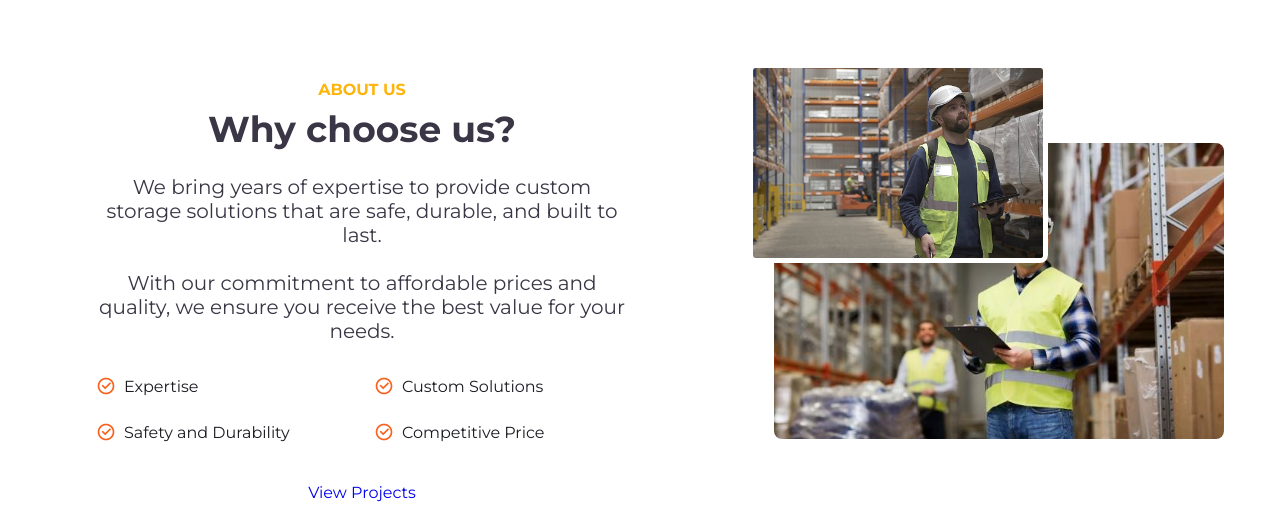
Repository: jahatesu/shelves-and-storage-equipment
Page: index.html
An editor plug-in stored every save of this project. The page is shown before and after the next save, followed by the edit.
The browser window is 1280 px wide. The pictures show the part of the page from y = 720 to 1238 px (the page is 1238 px tall).
Backgrounds fixed to the window are drawn as part of the page. Some web fonts or font styles are not loaded; a fallback is used.

Above is the page before, as saved 2025-01-08 15:44:40.
Console error: TypeError: Cannot read properties of null (reading 'querySelector')

### index.html
<!DOCTYPE html>
<html lang="en">
<head>
    <meta charset="UTF-8">
    <meta name="viewport" content="width=device-width, initial-scale=1.0">
    <!-- Remix Icons -->
    <link rel="stylesheet" href="https://cdnjs.cloudflare.com/ajax/libs/remixicon/4.2.0/remixicon.css">
    <!-- Swiper CSS -->
    <link rel="stylesheet" href="assets\js\swiper-bundle.min.js" />
    <!-- CSS -->
    <link rel="stylesheet" href="style.css">
    <script src="https://cdnjs.cloudflare.com/ajax/libs/jquery/3.7.1/jquery.min.js"></script>
    <title>Shelves and Storage</title>
    <link rel="stylesheet" href="https://fonts.googleapis.com/css?family=Material+Symbols+Rounded&opsz,wght,FILL,GRAD@48,400,0,0" />
</head>

<body>

    <!-- Navigation Bar -->
    <header>
        <div class="logo">
            <img src="assets\images\logo.png" alt="Shelves and Storage Logo">
        </div>

        <div class="navigation">
            <input type="checkbox" id="nav-checkbox">
            <label for="nav-checkbox" class="nav-toggle">
                <i class="ri-menu-fill"></i>
            </label>

            <ul class="nav-menu">
                <li><a href="#">Home</a></li>
                <li><a href="#">About Us</a></li>
                <li><a href="#">Services</a></li>
                <li><a href="#">Products</a></li>
                <li><a href="#">Contact Us</a></li>
            </ul>
        </div>
    </header>

    <!-- Hero Section -->
    <div class="hero">
        <h1 class="animate__animated animate__fadeInDown">Shelves and Storage Equipment</h1>
        <h3 class="animate__animated animate__fadeInUp">Storage and Racking Expert</h3>
    </div>

    <!-- About Section -->
<section class="about section" id="about">
    <div class="about_container container grid">
        <div class="about_data">
            <span class="section_subtitle">ABOUT US</span>
            <h2 class="section_title">Why choose us?</h2>
            <p class="about_description">
                We bring years of expertise to provide custom storage solutions that are safe, durable, and built to last.
                <br><br>With our commitment to affordable prices and quality, we ensure you receive the best value for your needs.
            </p>
            <ul class="about_list grid">
                <li class="about_list-item">
                    <i class="ri-checkbox-circle-line"></i>
                    <span>Expertise</span>
                </li>
                <li class="about_list-item">
                    <i class="ri-checkbox-circle-line"></i>
                    <span>Custom Solutions</span>
                </li>
                <li class="about_list-item">
                    <i class="ri-checkbox-circle-line"></i>
                    <span>Safety and Durability</span>
                </li>
                <li class="about_list-item">
                    <i class="ri-checkbox-circle-line"></i>
                    <span>Competitive Price</span>
                </li>
            </ul>
            <a href="#projects" class="button">View Projects</a>
        </div>
        <div class="about_images">
            <img src="assets/images/about_img1.png" alt="image" class="about_img1">
            <img src="assets/images/about_img2.png" alt="image" class="about_img2">
        </div>
    </div>
</section>

    <!-- JavaScript -->
    <script src="main.js"></script>
</body>
</html>

### style.css
/* Import fonts */
@import url('https://fonts.googleapis.com/css2?family=Montserrat:wght@100..900&family=Open+Sans:ital,wght@0,300..800;1,300..800&display=swap');
@import url('https://cdnjs.cloudflare.com/ajax/libs/animate.css/4.1.1/animate.min.css');

/* root variable css */
:root{
    --header-height: 3.5rem;

    /* colors */
    /* hue, saturation, lightness */
    --first-color: hsl(18, 95%, 55%);
    --second-color: hsl(42, 98%, 52%);
    --first-gradient: linear-gradient(90deg,
                                    hsl(18, 95%, 55%),
                                    hsl(18, 98%, 64%));
    --title-color:hsl(255, 12%, 12%);
    --text-color: hsl(255, 12%, 24%);
    --text-color-light: hsl(255, 4%, 70%);
    --body-color: hsl(0, 0%, 100%);
    --container-color: hsl(0, 0%, 100%);
    --white-color: hsl(0, 0%, 100%);
    --black-color: hsl(255, 20%, 10%);
    --gray-border:hsl(255, 6%, 90%);
    --black-border: hsl(255, 10%, 20%);

    /* fonts and typography */
    /* .5 rem = 8px | 1rem = 16px */

    --body-font:"Montserrat", sans-serif;
    --big-font-size: 2.25rem;
    --h1-font-size: 1.5rem;
    --h2-font-size: 1.25rem;
    --h3-font-size: 1rem;
    --normal-font-size: .938rem;
    --small-font-size: .813rem;

    /* font weight */
    --font-regular: 400;
    --font-medium: 500;
    --font-semibold: 600;
    --font-bold: 700;

    /* z index */
    --z--tooltip: 10;
    --z-fixed: 100;
}

/* responsive typography */
@media screen and (min-width: 1150px) {
    :root{
        --big-font-size: 3.5rem;
        --h1-font-size: 2.25rem;
        --h2-font-size: 1.5rem;
        --h3-font-size: 1.25rem;
        --normal-font-size: 1rem; /* Fixed size for normal font */
        --small-font-size: .875rem; /* Increased small font size */
    }
}

/* Global styles */
* {
  margin: 0;
  padding: 0;
  box-sizing: border-box;
}

body {
    font-family: var(--body-font);
    font-size: var(--normal-font-size);
    background-color: var(--body-color);
    color: var(--text-color);
}

html{
    scroll-behavior: smooth;
}

body, ul, a{
    margin: 0;
    padding: 0;
    font-family: 'Montserrat', sans-serif;
}

/* h1, h2, h3, h4 {
    color: var(--title-color);
    font-weight: var(--font-semi-bold);
    margin: 10px 0;
    line-height: 1.2;
} */

/* Typography scaling for responsiveness */
h1 {
    font-size: 2.5rem; /* Scales with viewport width */
}
h2 {
    font-size: 2rem;
}
h3 {
    font-size: 1.75rem;
}
p {
    font-size: 1rem;
}

/* Media queries for responsiveness */
@media (min-width: 768px) {
    h1 {
        font-size: 3rem;
    }
    h2 {
        font-size: 2.5rem;
    }
    h3 {
        font-size: 2rem;
    }
    p {
        font-size: 1.125rem;
    }
}

@media (min-width: 1024px) {
    h1 {
        font-size: 3.5rem;
    }
    h2 {
        font-size: 3rem;
    }
    h3 {
        font-size: 2.5rem;
    }
    p {
        font-size: 1.25rem;
    }
}

/* General layout for larger screens */
@media (min-width: 1440px) {
    .container {
        padding: 30px;
    }
    h1 {
        font-size: 4rem;
    }
    h2 {
        font-size: 2rem;
    }
    h3 {
        font-size: 3rem;
    }
    p {
        font-size: 1rem;
    }

}

ul{
    list-style: none;
}

a{
    text-decoration: none;
}

img{
    display: block;
    max-width: 100%;
    height: auto;
    object-fit: contain;
}

/* Hide checkbox and toggle button initially */
#nav-checkbox,
.nav-toggle {
  display: none;
}

/* Hero section styles */
.hero {
  background: linear-gradient(rgba(0, 0, 0, 0.8), rgba(0, 0, 0, 0.6)),
    url("heroBG.jpg") no-repeat fixed bottom / cover;
  min-height: 100vh;
  display: flex;
  flex-direction: column;
  justify-content: center;
  align-items: center;
  text-align: center;
  /* width: 100%; */
}

.hero h1 {
  color: hsl(233, 39%, 23%);
  font-size: 60px;
  line-height: 1;
  text-shadow:
    0.5px 0.5px 0px #fff, /* Bottom-right shadow */
    -0.5px 0.5px 0px #fff, /* Bottom-left shadow */
    0.5px -0.5px 0px #fff, /* Top-right shadow */
    -0.5px -0.5px 0px #fff; /* Top-left shadow */
}

.hero h3 {
  color: #ffffff;
  /* position: static; */
  font-size: 26px;
  font-weight: normal;
  margin: 15px 0;
  line-height: 1;
  text-shadow:
    0.3px 0.3px 0px #fff, /* Bottom-right shadow */
    -0.3px 0.3px 0px #fff, /* Bottom-left shadow */
    0.3px -0.3px 0px #fff, /* Top-right shadow */
    -0.3px -0.3px 0px #fff; /* Top-left shadow */
}

/* Header styles */
header {
  position: fixed;
  top: 0;
  left: 0;
  width: 100%;
  display: flex;
  align-items: center;
  justify-content: space-around;
  padding: 20px 0;
  transition: background-color 0.5s ease;
  z-index: 1;
}

.logo h2 {
  color: #fff;
  text-transform: uppercase;
  font-weight: normal;
}

/* Navigation menu styles */
.nav-menu {
  display: flex;
  list-style: none;
}

.nav-menu li {
  display: inline-block;
}

.nav-menu li a {
  color: #fff;
  text-decoration: none;
  font-size: 1.2rem;
  padding: 0 15px;
}

.nav-menu li a:hover {
  color: hsl(18, 84%, 44%);
}

.active {
  background: hsl(18, 84%, 44%);
}

.active a:hover {
  color: #fff !important;
  text-decoration: underline;
}

.nav-toggle {
  display: none;
  font-size: 2rem;
  cursor: pointer;
  color: white;
}

/* Responsive menu styles */
@media (max-width: 768px) {
    .nav-menu {
        display: none;
        flex-direction: column;
        position: absolute;
        top: 60px;
        right: 20px;
        background-color: rgba(0, 0, 0, 0.9);
        border-radius: 8px;
        padding: 10px;
    }

    .nav-menu li {
        margin: 10px 0;
    }

    .nav-menu li a {
        font-size: 1.2rem;
    }

    .nav-toggle {
        display: block;
    }

    #nav-checkbox:checked ~ .nav-menu {
        display: flex;
    }

    header {
        justify-content: space-between;
        padding: 10px 20px;
    }
}

.logo img {
    max-width: 250px;
    height: auto;
    display: block;
    transition: all 0.3s ease;
}

/* Adjust logo size for smaller screens */
@media (max-width: 768px) {
    .logo img {
        max-width: 150px; /* Smaller logo for mobile */
        padding-top: 20px;
    }
}

/* About Section */
.container {
    max-width: 1120px;
    margin: 0 auto;
    padding: 0 1rem;
}

.grid {
    display: grid;
    gap: 1.5rem;
}

.section {
    padding-block: 5rem 1rem;
}

.section_title {
    text-align: center;
    font-size: var(--h1-font-size);
    font-weight: var(--font-bold);
    margin-bottom: 1.5rem;
}

.section_subtitle {
    display: block;
    text-align: center;
    font-size: var(--normal-font-size);
    font-weight: var(--font-bold);
    color: var(--second-color);
    margin-bottom: .5rem;
}

.about_container {
    row-gap: 8rem;
    display: grid;
    grid-template-columns: 1fr;
}

.about_data {
    text-align: center;
}

.about_description {
    margin-bottom: 2rem;
}

.about_list {
    display: grid;
    grid-template-columns: repeat(2, 1fr);
    justify-content: center;
    gap: 1.5rem;
    margin-bottom: 2.5rem;
}

.about_list-item {
    display: flex;
    align-items: center;
    gap: .5rem;
    color: var(--title-color);
}

.about_list-item i {
    font-size: 1.25rem;
    color: var(--first-color);
}

.about_images {
    display: flex;
    justify-content: center;
    gap: 1rem;
    position: relative;
}

.about_img1, .about_img2 {
    max-width: 100%;
    height: auto;
    border-radius: .5rem;
}

.about_img1 {
    width: 300px;
    border: 5px solid var(--body-color);
    position: absolute;
    top: -5rem;
    left: 6rem;
}

.about_img2 {
    width: 450px;
    margin-right: -2.5rem;
}

/* Responsive Design */
@media (min-width: 768px) {
    .about_container {
        grid-template-columns: 1fr 1fr;
        align-items: center;
    }

    .about_images {
        justify-content: flex-end;
    }
}

### main.js
$(document).ready(function() {
  $(window).bind('scroll', function(){
    var gap = 50;
    if ($(window).scrollTop() > gap) {
      $('header').addClass('active');
    } else {
      $('header').removeClass('active');
    }
  });
});

document.addEventListener('DOMContentLoaded', function () {
  const navToggle = document.querySelector('.nav-toggle');
  const navMenu = document.querySelector('.nav-menu');

  navToggle.addEventListener('click', function () {
      navMenu.classList.toggle('show-menu');
  });
});

const initSlider = () => {
  const imageList = document.querySelector(".slider-wrapper .image-list");
  const slideButtons = document.querySelectorAll(".slider-wrapper .slide-button");
  const sliderScrollbar = document.querySelector(".container .slider-scrollbar");
  const scrollbarThumb = sliderScrollbar.querySelector(".scrollbar-thumb");
  const maxScrollLeft = imageList.scrollWidth - imageList.clientWidth;

  // Slide images according to the slide button clicks
  slideButtons.forEach(button => {
      button.addEventListener("click", () => {
          const direction = button.id === "prev-slide" ? -1 : 1;
          const scrollAmount = imageList.clientWidth * direction;
          imageList.scrollBy({ left: scrollAmount, behavior: "smooth" });
      });
  });

  const handleSlideButtons = () =>{
      slideButtons[0].computedStyleMap.display = imageList.scrollLeft <= 0 ? "none" : "block";
      slideButtons[1].computedStyleMap.display = imageList.scrollLeft >= maxScrollLeft ? "none" : "block";
  }

  //update scroll bar position
  const updateScrollThumbPosition = () => {
      const scrollPosition = imageList.scrollLeft;
      const thumbPosition = (scrollPosition / maxScrollLeft) * (sliderScrollbar.clientWidth - scrollbarThumb .offsetWidth);
      scrollbarThumb.style.left = `${thumbPosition}px`;
  }

  imageList.addEventListener("scroll", () => {
      handleSlideButtons();
      updateScrollThumbPosition();
  });
};

window.addEventListener("load", initSlider);

Loaded but not shown: assets/js/swiper-bundle.min.js (library)

After the next save:
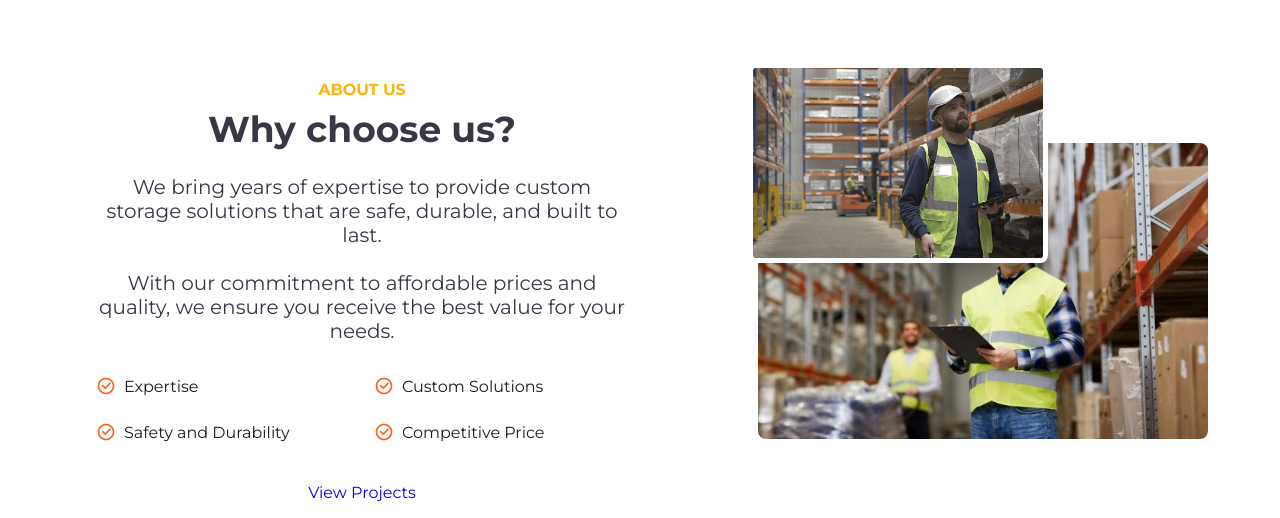
Saved 7 s later.
--- a/style.css
+++ b/style.css
@@ -408,7 +408,7 @@ header {
 
 .about_img2 {
     width: 450px;
-    margin-right: -2.5rem;
+    margin-right: -1.5rem;
 }
 
 /* Responsive Design */
